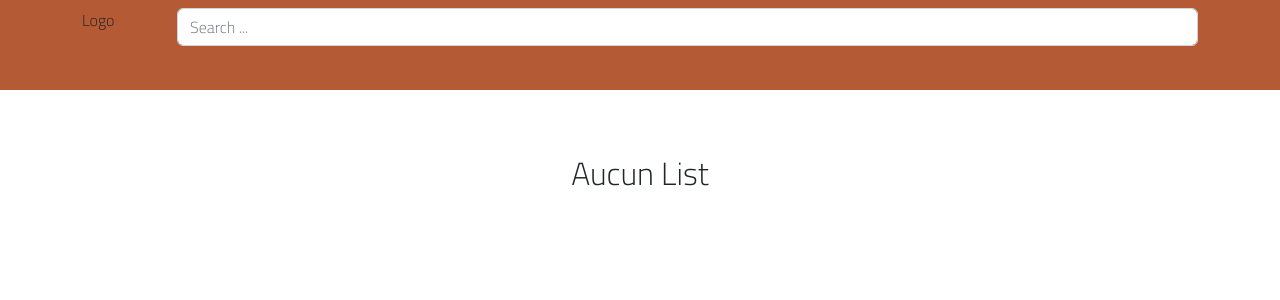
Repository: SD-Mdouka/react-table
Page: /
The author's editor kept a copy of each file at every save. The page is drawn from the files as they stood at one save, then again after the next save.
The browser window is 1280 px wide. The pictures show the whole page.
The page's requests for data from a server got no answer. The project was rebuilt for these pictures with package versions that can differ from the ones it lists, and the page was loaded fresh each time. No one was signed in, and anything a server would have sent is missing. Also part of the build but not shown: src/react-table-filter/table-list-card/components/CardMovies.tsx.

Above is the page before, as saved 2022-10-14 17:51:36.

### public/index.html
<!DOCTYPE html>
<html lang="en">

<head>
    <meta charset="utf-8" />
    <meta name="viewport" content="width=device-width, initial-scale=1" />
    <meta name="description" content="Web site created using create-react-app" />

    <link rel="preconnect" href="https://fonts.googleapis.com" />
    <link rel="preconnect" href="https://fonts.gstatic.com" crossorigin />
    <link href="https://fonts.googleapis.com/css2?family=Almarai:wght@300;400;700;800&family=Cairo:wght@300&display=swap" rel="stylesheet" />

    <link rel="stylesheet" href="https://cdn.jsdelivr.net/npm/bootstrap@5.2.0-beta1/dist/css/bootstrap.min.css" integrity="sha384-0evHe/X+R7YkIZDRvuzKMRqM+OrBnVFBL6DOitfPri4tjfHxaWutUpFmBp4vmVor" crossorigin="anonymous" />
    <title>React App</title>
</head>

<body>
    <div id="root"></div>
</body>

</html>

### src/index.tsx
import React from "react";
import ReactDOM from "react-dom/client";
import "./index.css";
import "bootstrap/dist/css/bootstrap.min.css";
import reportWebVitals from "./reportWebVitals";
import { App } from "./App";

const root = ReactDOM.createRoot(
  document.getElementById("root") as HTMLElement
);
root.render(
  <React.StrictMode>
    <App />
  </React.StrictMode>
);

// If you want to start measuring performance in your app, pass a function
// to log results (for example: reportWebVitals(console.log))
// or send to an analytics endpoint. Learn more: https://bit.ly/CRA-vitals
reportWebVitals();

### src/App.tsx
import React from "react";
import TableCard from "./react-table-filter/table-list-card";
import TableMenu from "./react-table-filter/table-menu";

export const App = () => {
  return (
    <>
      <TableCard />
    </>
  );
};

### src/react-table-filter/table-list-card/index.tsx
import axios from "axios";
import React, { useEffect, useState } from "react";
import { Container } from "react-bootstrap";
import CardMoviesList from "./components/CardMoviesList";
import NavBar from "./components/Navbar";
import "./style.css";

const TableCard = () => {
  //list movies
  const [movies, setMovies] = useState([]);

  //get all movies filme
  const getAllMovies = async () => {
    const res = await axios.get(
      "https://api.themoviedb.org/3/movie/popular?api_key=497503c38549d10e74795b4ebe84b909&language=en-US"
    );
    setMovies(res.data.results);
  };

  useEffect(() => {
    //execute effect
    getAllMovies();
  }, []);

  return (
    <div className="font color-body">
      <NavBar />
      <Container>
        <CardMoviesList movies={movies} />
      </Container>
    </div>
  );
};

export default TableCard;

### src/react-table-filter/table-list-card/components/CardMoviesList.tsx
import React from "react";
import { Row } from "react-bootstrap";
import CardMovies from "./CardMovies";

const CardMoviesList = ({ movies }: any) => {
  return (
    <Row className="mt-3">
      {movies.lenght > 1 ? (
        movies.map(({ mov }: any) => {
          return <CardMovies key={mov.id} mov={mov} />;
        })
      ) : (
        <h2 className="text-center p-5">Aucun List</h2>
      )}
    </Row>
  );
};

export default CardMoviesList;

### src/react-table-filter/table-list-card/components/Navbar.tsx
import { useState } from "react";
import { Container, Navbar, Row, Nav, Col } from "react-bootstrap";

const NavBar = () => {
  // { filterbySerach }: any
  // const [serachValue, setSerachValue] = useState("");
  // const onSerach = () => {
  //   filterbySerach(serachValue);
  //   setSerachValue("");
  // };
  return (
    <div className="nav-style w-100">
      <Container>
        <Row className="pt-2">
          <Col xs="2" lg="1">
            Logo
          </Col>
          <Col xs="10" lg="11" className="d-flex align-items-center">
            <div className="serach w-100">
              <i className="fa fa-serach"></i>
              <input
                type="text"
                placeholder="Search ..."
                className="form-control"
              />
            </div>
          </Col>
        </Row>
      </Container>
    </div>
  );
};

export default NavBar;

### src/react-table-filter/table-list-card/style.css
body {
    margin: 0;
}

.color-body {
    background-color: white;
    height: 100vh;
}

.nav-style {
    height: 90px;
    width: 1440px;
    background-color: #b45b35;
}

.logo {
    height: 72px;
    width: 78px;
}

.search {
    position: relative;
}

.search input {
    height: 40px;
    text-indent: 25px;
    border-radius: 20px;
    -webkit-border-radius: 20px;
    -moz-border-radius: 20px;
    -ms-border-radius: 20px;
    -o-border-radius: 20px;
}

.search input:focus {
    box-shadow: none;
    border: 2px solid red;
}

.search .fa-search {
    position: absolute;
    top: 12px;
    left: 16px;
}

.card {
    position: relative;
    transition: all 0.5s ease-in;
    cursor: pointer;
    height: 375px;
    -webkit-transition: all 0.5s ease-in;
    -moz-transition: all 0.5s ease-in;
    -ms-transition: all 0.5s ease-in;
    -o-transition: all 0.5s ease-in;
}

.card__image {
    display: block;
    width: 100%;
    height: 100%;
    border-radius: 5px;
}

.card__overlay {
    position: absolute;
    top: 0;
    bottom: 0;
    left: 0;
    right: 0;
    height: 100%;
    width: 100%;
    opacity: 0;
    visibility: none;
    transition: 0.5s ease;
    background-color: #393839;
}

.card:hover .card__overlay {
    opacity: 0.8;
}

.overlay__text {
    color: white;
    font-size: 16px;
    font-weight: bold;
    position: absolute;
    top: 50%;
    left: 50%;
    -webkit-transform: translate(-50%, -50%);
    -ms-transform: translate(-50%, -50%);
    transform: translate(-50%, -50%);
    -moz-transform: translate(-50%, -50%);
    -o-transform: translate(-50%, -50%);
}

.font {
    font-family: "Almarai", sans-serif;
    font-family: "Cairo", sans-serif;
}

.color {
    color: #b45b35;
    background-color: #b45b35;
}

.card-detalis {
    height: 370px;
    border-radius: 20px;
    background-color: #f8f8f8;
}

.card-story {
    height: 300px;
    border-radius: 20px;
    background-color: #f8f8f8;
    -webkit-border-radius: 20px;
    -moz-border-radius: 20px;
    -ms-border-radius: 20px;
    -o-border-radius: 20px;
}

.img-movie {
    height: 360px;
    padding: 10px;
    border-radius: 20px;
    -webkit-border-radius: 20px;
    -moz-border-radius: 20px;
    -ms-border-radius: 20px;
    -o-border-radius: 20px;
}

.card-text-details {
    color: #555555;
    font-family: Almarai;
    font-size: 28px;
    font-weight: bold;
    letter-spacing: 0;
    line-height: 49px;
}

.card-text-story {
    color: #555555;
    font-family: Almarai;
    font-size: 18px;
    letter-spacing: 0;
    line-height: 32px;
}

.card-text-title {
    color: #555555;
    font-family: Almarai;
    font-size: 36px;
    font-weight: bold;
    letter-spacing: 0;
    line-height: 49px;
}

Loaded but not shown: src/index.css (common file); src/reportWebVitals.ts (common file)

After the next save:
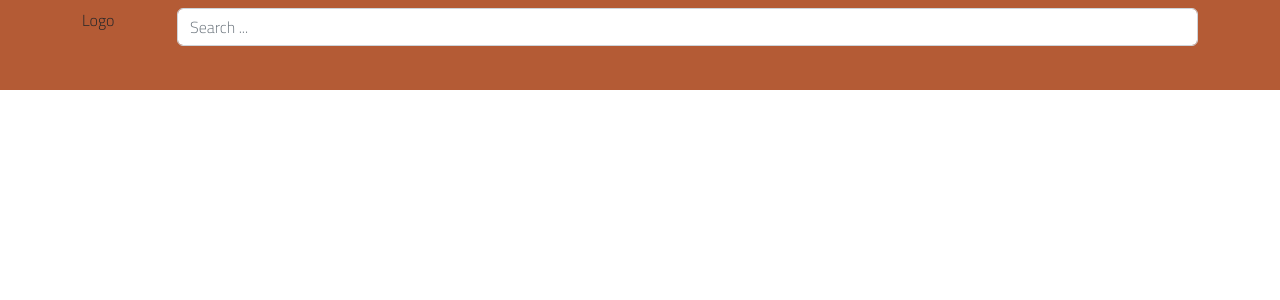
Saved 30 s later.
--- a/src/react-table-filter/table-list-card/components/CardMoviesList.tsx
+++ b/src/react-table-filter/table-list-card/components/CardMoviesList.tsx
@@ -5,13 +5,10 @@ import CardMovies from "./CardMovies";
 const CardMoviesList = ({ movies }: any) => {
   return (
     <Row className="mt-3">
-      {movies.lenght > 1 ? (
+      {movies.lenght > 1 &&
         movies.map(({ mov }: any) => {
           return <CardMovies key={mov.id} mov={mov} />;
-        })
-      ) : (
-        <h2 className="text-center p-5">Aucun List</h2>
-      )}
+        })}
     </Row>
   );
 };
